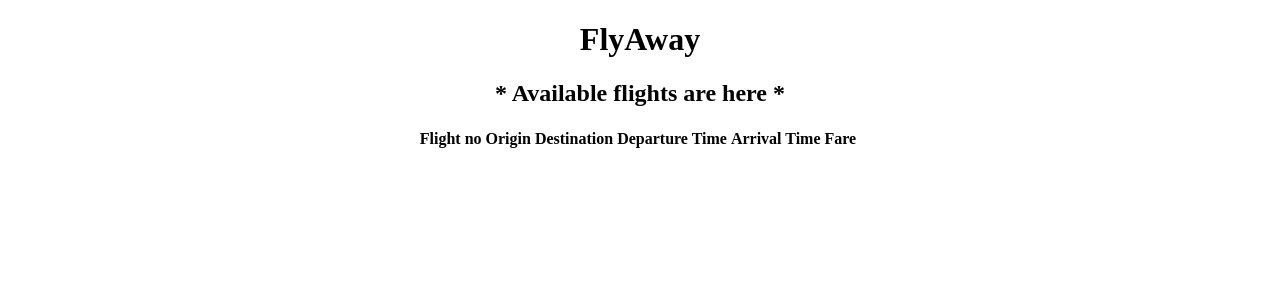
Repository: KartikMuchakandimath/Flyaway
Page: http://localhost/FlayAway/FlightList.jsp
These files come from the project's save history. The page is drawn as it stood at one moment and after the next save; the edit follows.
The browser window is 1280 px wide. The pictures show the whole page.
The page is served by Tomcat 9. Queries for data that is not in the repository find no rows.

Above is the page before, as saved 2022-04-22 11:29:08.

After the next save:
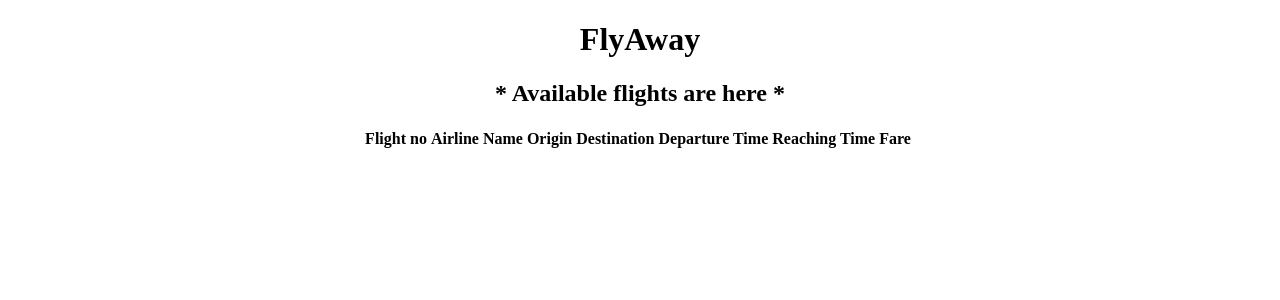
Saved 2 min 1 s later.
--- a/FlayAway/src/main/webapp/FlightList.jsp
+++ b/FlayAway/src/main/webapp/FlightList.jsp
@@ -23,10 +23,11 @@
 		<table>
 			<tr>
 				<th>Flight no</th>
+				<th>Airline Name</th>
 				<th>Origin</th>
 				<th>Destination</th>
 				<th>Departure Time</th>
-				<th>Arrival Time</th>
+				<th>Reaching Time</th>
 				<th>Fare</th><th></th>
 			</tr>
 
@@ -38,7 +39,7 @@
 			connection = DriverManager.getConnection("jdbc:mysql://localhost:3306/flyaway", "root", "root");
 
 			System.out.println("connection success");
-			PreparedStatement pstmt = connection.prepareStatement("select flightno,airline_name,origin,destination,departure_time,fare from flightdetails");
+			PreparedStatement pstmt = connection.prepareStatement("select flightno,airline_name,origin,destination,departure_time,arival_time,fare from flightdetails");
 					ResultSet rs = pstmt.executeQuery();
 			while (rs.next()) {
 		 %>
